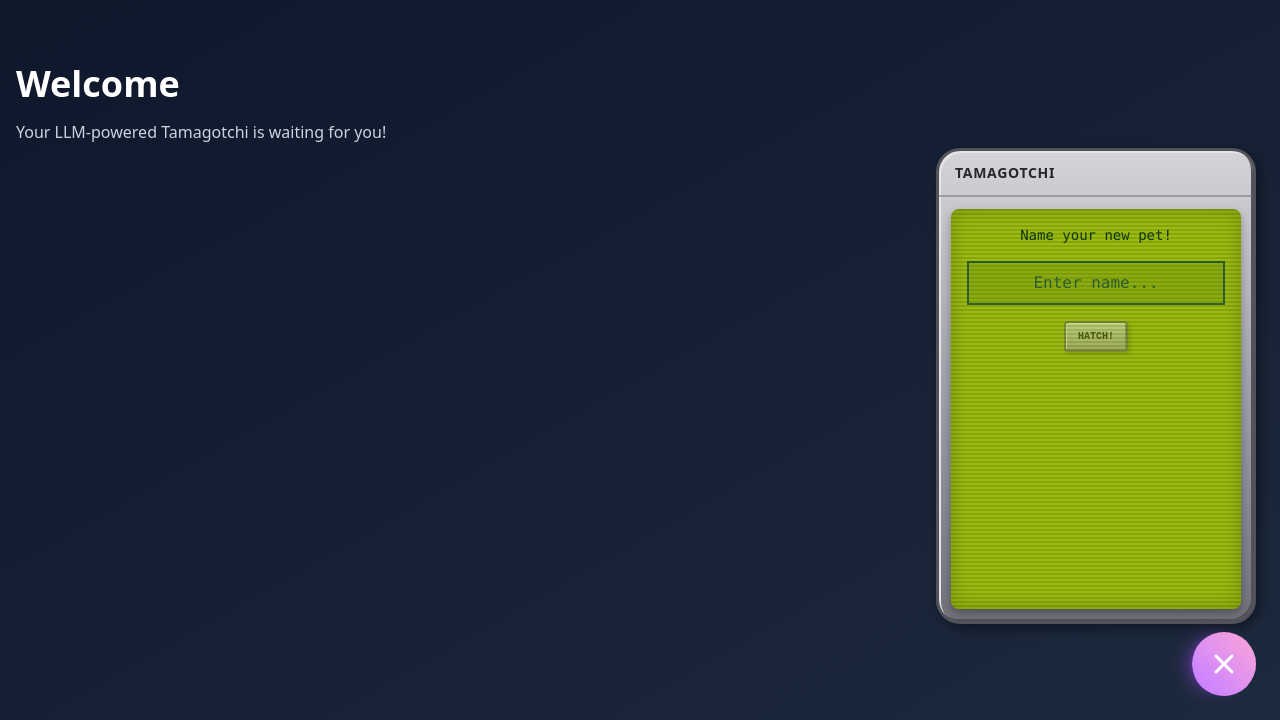
Repository: kttalley/local-llm-tamagotchi
Page: /
The author's editor kept a copy of each file at every save. The page is drawn from the files as they stood at one save, then again after the next save.
The browser window is 1280 px wide. The pictures show the whole page.
The page's requests for data from a server got no answer. The project was rebuilt for these pictures with package versions that can differ from the ones it lists, and the page was loaded fresh each time. No one was signed in, and anything a server would have sent is missing. Also part of the build but not shown: vite.config.ts, src/components/PetDisplay/index.tsx, src/components/StatsBar/index.jsx, src/services/ollama.ts, src/components/ActionButtons/index.jsx, src/components/ChatBubble/index.tsx.

Above is the page before, as saved 2026-01-12 18:34:22.

After the next save:
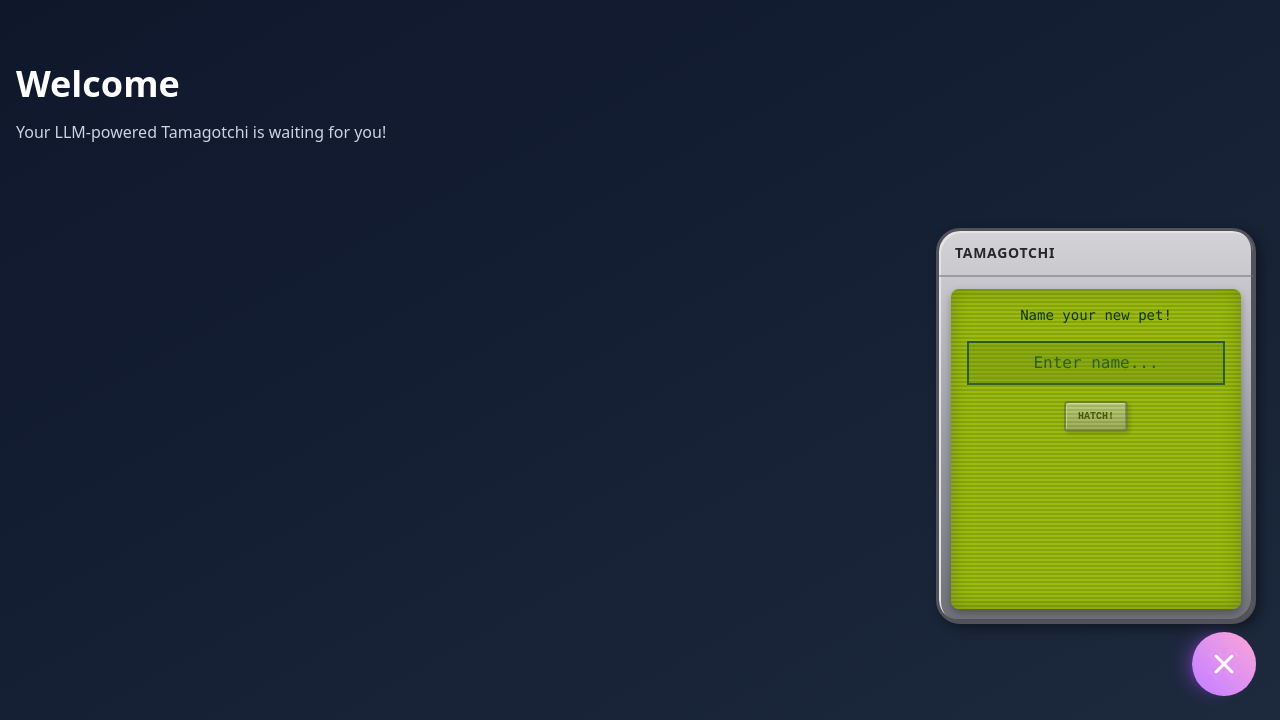
Saved 20 s later.
--- a/src/components/TamagotchiWidget/index.tsx
+++ b/src/components/TamagotchiWidget/index.tsx
@@ -69,7 +69,7 @@
       </div>
 
       {/* LCD Screen */}
-      <div className="m-3 p-4 lcd-screen relative overflow-hidden min-h-[400px]">
+      <div className="m-3 p-4 lcd-screen relative overflow-hidden min-h-[320px]">
         <div className="scanlines">
           {!pet ? (
             // Create Pet Form
